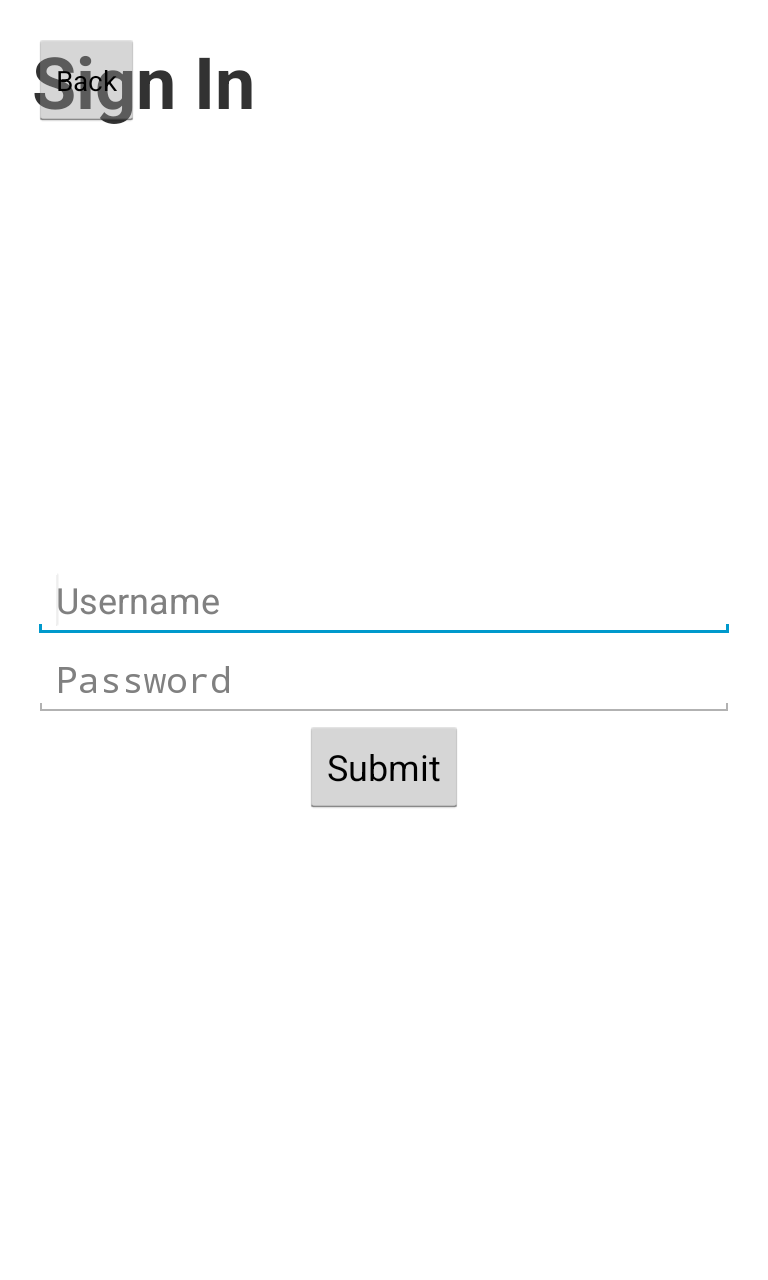
Repository: PotatoBiscuit/Thirstbuster
Layout: MobApp/workspace/DrinkAndGo/res/layout/activity_sign_in.xml
These files come from the project's save history. The layout is drawn as it stood at one moment and after the next save; the edit follows.
It is drawn on a 768 x 1280 px phone screen (xhdpi) without system bars, with theme AppTheme; the app's code is not run.

Above is the layout before, as saved 2016-04-11 20:32:51.

### MobApp/workspace/DrinkAndGo/res/layout/activity_sign_in.xml
<LinearLayout xmlns:android="http://schemas.android.com/apk/res/android"
    xmlns:tools="http://schemas.android.com/tools"
    android:layout_width="match_parent"
    android:layout_height="match_parent"
    android:gravity="center_horizontal"
    android:orientation="vertical"
    android:paddingBottom="@dimen/activity_vertical_margin"
    android:paddingLeft="@dimen/activity_horizontal_margin"
    android:paddingRight="@dimen/activity_horizontal_margin"
    android:paddingTop="@dimen/activity_vertical_margin"
    tools:context="com.CS477.drinkandgo.activies.SignInActivity" >

    <RelativeLayout
        android:layout_width="match_parent"
        android:layout_height="wrap_content" >

        <TextView
            android:layout_width="wrap_content"
            android:layout_height="wrap_content"
            android:text="@string/sign_in"
            android:textSize="@dimen/title_size"
            android:textStyle="bold" />

        <Button
            android:id="@+id/backButton"
            style="?android:attr/buttonStyleSmall"
            android:layout_width="wrap_content"
            android:layout_height="wrap_content"
            android:text="@string/back"
            android:onClick="goBack" />

    </RelativeLayout>

    <LinearLayout
        android:layout_width="match_parent"
        android:layout_height="match_parent"
        android:gravity="center"
        android:orientation="vertical" >

        <EditText
            android:id="@+id/username_view"
            android:layout_width="match_parent"
            android:layout_height="wrap_content"
            android:ems="10"
            android:hint="@string/username"
            android:inputType="textEmailAddress" >

            <requestFocus />
        </EditText>

        <EditText
            android:id="@+id/password_view"
            android:layout_width="match_parent"
            android:layout_height="wrap_content"
            android:ems="10"
            android:hint="@string/password"
            android:inputType="textPassword" />

        <Button
            android:id="@+id/submit_view"
            android:layout_width="wrap_content"
            android:layout_height="wrap_content"
            android:layout_gravity="center_horizontal"
            android:text="@string/submit"
            android:onClick="performSignIn" />

    </LinearLayout>

</LinearLayout>

### MobApp/workspace/DrinkAndGo/res/values/dimens.xml
<resources>

    <!-- Default screen margins, per the Android Design guidelines. -->
    <dimen name="activity_horizontal_margin">16dp</dimen>
    <dimen name="activity_vertical_margin">16dp</dimen>
    <dimen name="title_size">72px</dimen>
    <dimen name="button_margin">10dp</dimen>
    <dimen name="title_margin">50dp</dimen>

</resources>

### MobApp/workspace/DrinkAndGo/res/values/strings.xml
<?xml version="1.0" encoding="utf-8"?>
<resources>

    <string name="app_name">DrinkAndGo</string>
    <string name="sign_in">Sign In</string>
    <string name="sign_up">Sign Up</string>
    <string name="title_activity_sign_in">SignInActivity</string>
    <string name="hello_world">Hello world!</string>
    <string name="action_settings">Settings</string>
    <string name="title_activity_sign_up">SignUpActivity</string>
    <string name="username">Username</string>
    <string name="password">Password</string>
    <string name="submit">Submit</string>
    <string name="title_activity_venue_search">VenueSearchActivity</string>
    <string name="name">Name</string>
    <string name="email">Email</string>
    <string name="confirm_password">Re-enter Password</string>
    <string name="card_number">Credit Card Number</string>
    <string name="password_error">Passwords do not match!</string>
    <string name="input_error">All fields must be filled!</string>
    <string name="search_venue">Search Venue</string>
    <string name="search">Search</string>
    <string name="select">Select</string>
    <string name="title_activity_menu">MenuActivity</string>
    <string name="back">Back</string>

</resources>

Loaded but not shown: MobApp/workspace/DrinkAndGo/res/values/styles.xml (common file); MobApp/workspace/DrinkAndGo/res/values-v11/styles.xml (common file); MobApp/workspace/DrinkAndGo/res/values-v14/styles.xml (common file); MobApp/workspace/DrinkAndGo/res/values-w820dp/dimens.xml (common file)

After the next save:
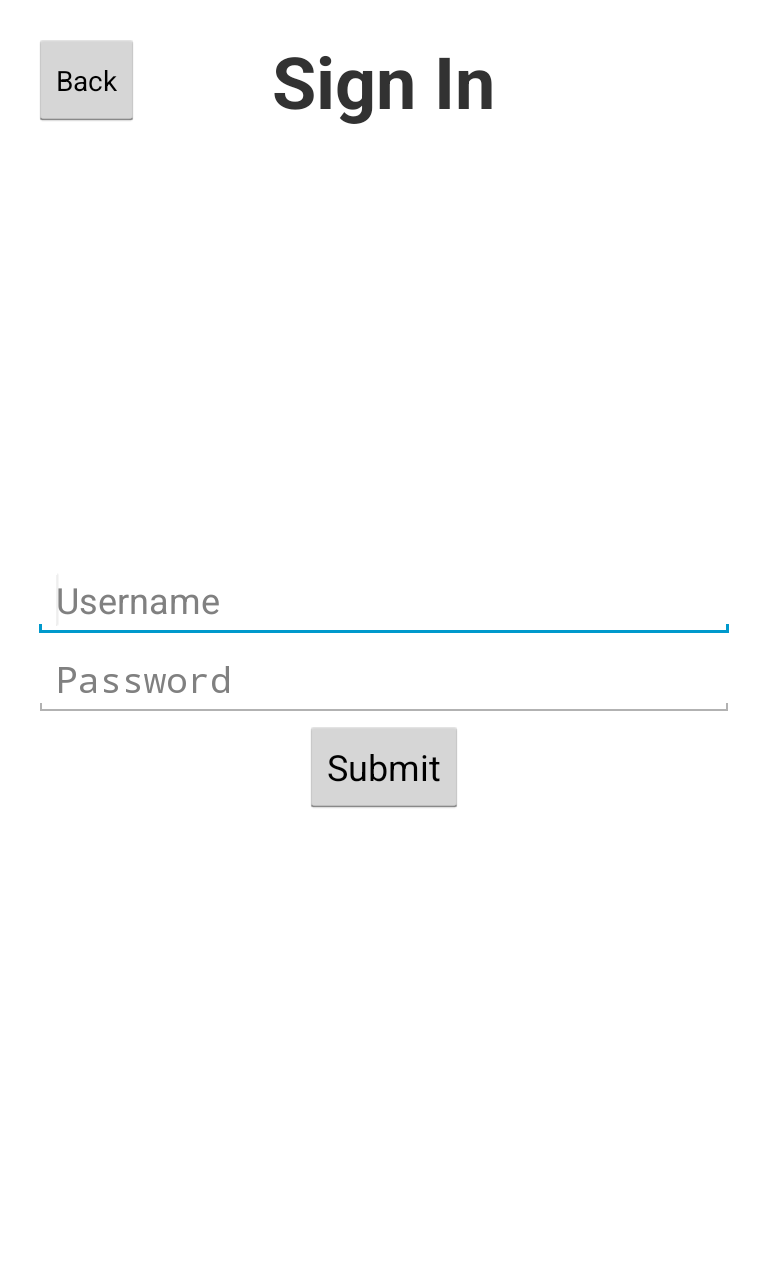
Saved 99 s later.
--- a/MobApp/workspace/DrinkAndGo/res/layout/activity_sign_in.xml
+++ b/MobApp/workspace/DrinkAndGo/res/layout/activity_sign_in.xml
@@ -17,6 +17,8 @@
         <TextView
             android:layout_width="wrap_content"
             android:layout_height="wrap_content"
+            android:layout_alignParentTop="true"
+            android:layout_centerInParent="true"
             android:text="@string/sign_in"
             android:textSize="@dimen/title_size"
             android:textStyle="bold" />
@@ -26,8 +28,10 @@
             style="?android:attr/buttonStyleSmall"
             android:layout_width="wrap_content"
             android:layout_height="wrap_content"
-            android:text="@string/back"
-            android:onClick="goBack" />
+            android:layout_alignParentLeft="true"
+            android:layout_alignParentTop="true"
+            android:onClick="goBack"
+            android:text="@string/back" />
 
     </RelativeLayout>
 
